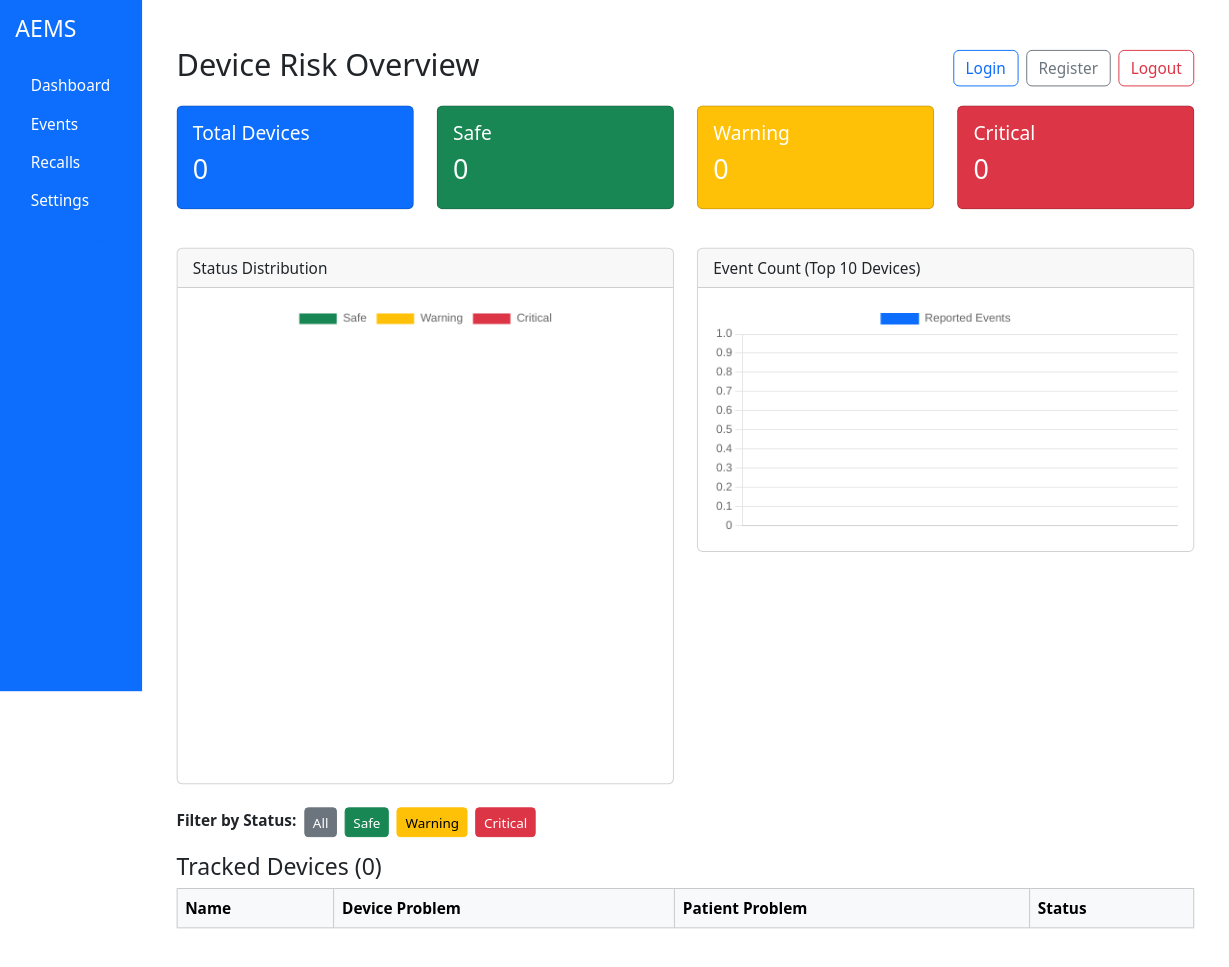
Repository: Sarary2/AEMS_2MVP
Page: / (app in frontend/AEMS/)
These files come from the project's save history. The page is drawn as it stood at one moment and after the next save; the edit follows.
The browser window is 1280 px wide. The pictures show the whole page, at 96% of full size.
The page's requests for data from a server got no answer. The project was rebuilt for these pictures with package versions that can differ from the ones it lists, and the page was loaded fresh each time. No one was signed in, and anything a server would have sent is missing. Also part of the build but not shown: frontend/AEMS/vite.config.js, frontend/AEMS/src/components/DeviceRow.jsx, frontend/AEMS/src/pages/Events.jsx, frontend/AEMS/src/firebase.js, frontend/AEMS/src/pages/Login.jsx, frontend/AEMS/src/pages/Register.jsx, frontend/AEMS/src/pages/TrackedDevices.jsx.

Above is the page before, as saved 2025-05-06 11:18:06.

After the next save:
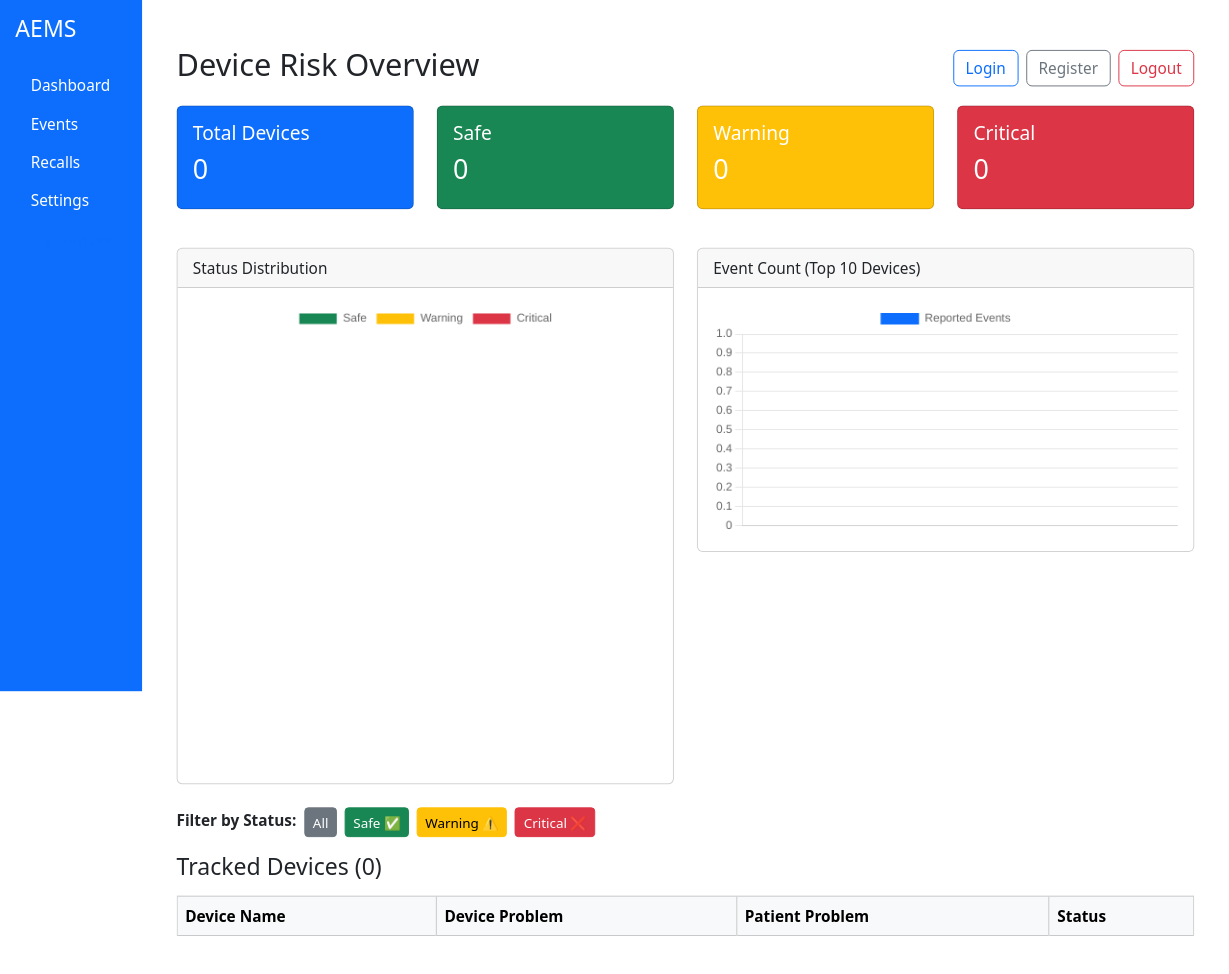
Saved 20 s later.
--- a/frontend/AEMS/src/pages/Dashboard.jsx
+++ b/frontend/AEMS/src/pages/Dashboard.jsx
@@ -27,6 +27,12 @@ export default function Dashboard() {
 
   const { total, safe, warning, critical } = getStatusCounts();
   const filteredDevices = filter === 'All' ? devices : devices.filter(d => d.status === filter);
+
+  const statusIcons = {
+    Safe: '✅',
+    Warning: '⚠️',
+    Critical: '❌'
+  };
 
   return (
     <div className="container-fluid">
@@ -63,34 +69,35 @@ export default function Dashboard() {
             className={`btn btn-sm mx-1 btn-${s === 'All' ? 'secondary' : s === 'Safe' ? 'success' : s === 'Warning' ? 'warning' : 'danger'}`}
             onClick={() => setFilter(s)}
           >
-            {s}
+            {s} {statusIcons[s] || ''}
           </button>
         ))}
       </div>
 
       <h4>Tracked Devices ({filteredDevices.length})</h4>
-      <table className="table table-striped table-bordered mt-2">
-        <thead className="table-light">
-          <tr>
-            <th>Name</th>
-            <th>Device Problem</th>
-            <th>Patient Problem</th>
-            <th>Status</th>
-          </tr>
-        </thead>
-        <tbody>
-          {filteredDevices.map((device, i) => (
-            <DeviceRow
-            key={i}
-            name={device.deviceName}
-            deviceProblem={device.deviceProblem || 'N/A'}
-            patientProblem={device.patientProblem || 'N/A'}
-            status={device.status}
-          />
-
-          ))}
-        </tbody>
-      </table>
+      <div className="table-responsive">
+        <table className="table table-striped table-bordered mt-2">
+          <thead className="table-light">
+            <tr>
+              <th>Device Name</th>
+              <th>Device Problem</th>
+              <th>Patient Problem</th>
+              <th>Status</th>
+            </tr>
+          </thead>
+          <tbody>
+            {filteredDevices.map((device, i) => (
+              <DeviceRow
+                key={i}
+                name={device.deviceName}
+                deviceProblem={device.deviceProblem || 'N/A'}
+                patientProblem={device.patientProblem || 'N/A'}
+                status={device.status}
+              />
+            ))}
+          </tbody>
+        </table>
+      </div>
     </div>
   );
 }
